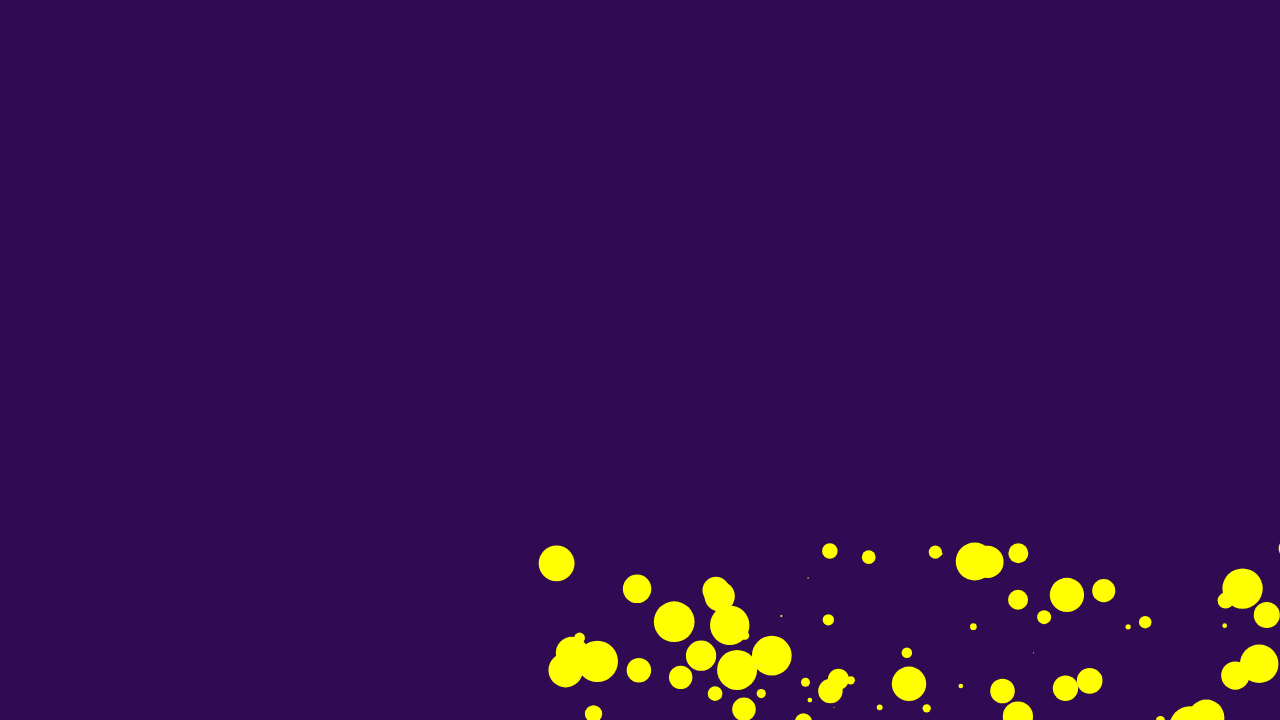
Repository: StacyLafume/particle-study-HTML5Canvas
Page: index.html
An editor plug-in stored every save of this project. The page is shown before and after the next save, followed by the edit.
The browser window is 1280 px wide. The pictures show the whole page.

Above is the page before, as saved 2021-05-31 13:44:18.

After the next save:
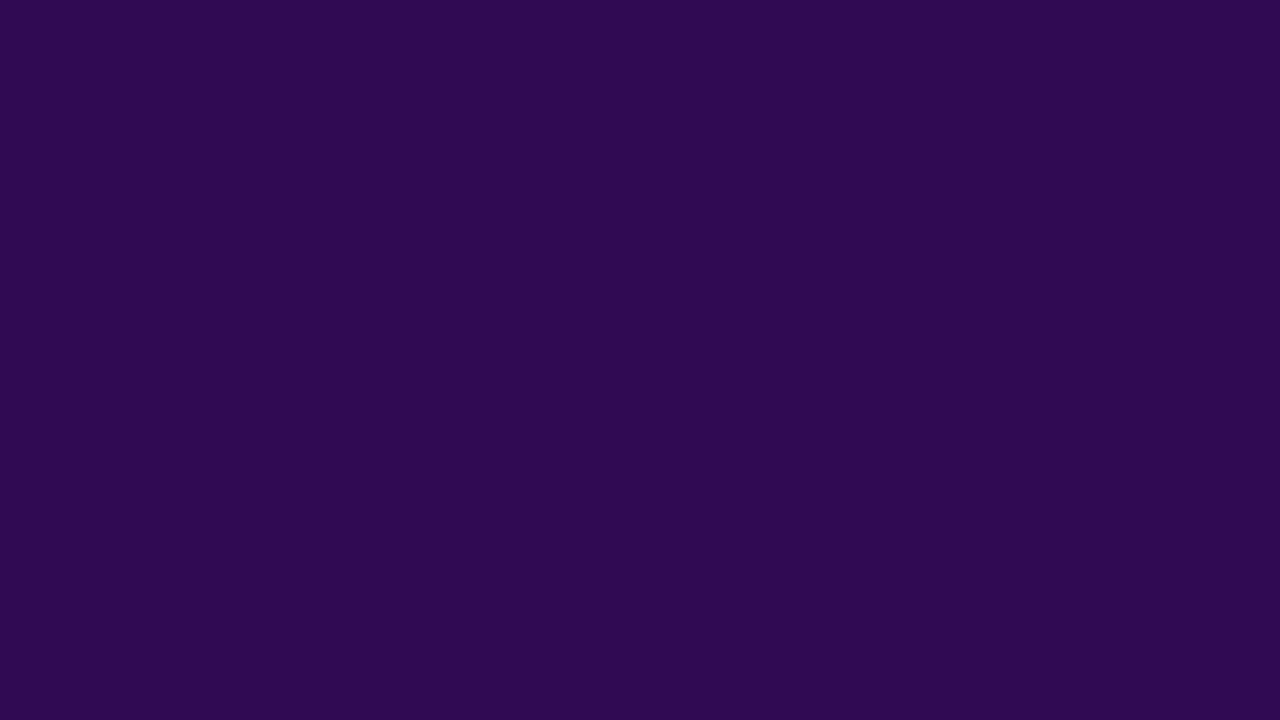
Saved 22 min 14 s later.
--- a/main.js
+++ b/main.js
@@ -26,27 +26,6 @@
     ctx1.fill()
 }
 
-class Particle {
-    constructor() {
-        this.x = mouse.x,
-            this.y = mouse.y,
-            this.size = Math.random() * 50 + 1,
-            this.speedX = Math.random() * 3 - 1.5,
-            this.speedY = Math.random() * 3 - 1.5
-    }
-    update() {
-        this.x += this.speedX
-        this.y += this.speedY
-        if (this.size > 0.2) this.size -= 0.1;
-    }
-    draw() {
-        ctx1.fillStyle = 'yellow';
-        ctx1.beginPath();
-        ctx1.arc(this.x, this.y, this.size, 0, Math.PI * 2)
-        ctx1.fill()
-    }
-}
-
 canvas1.addEventListener('click', (event) => {
     console.log('click', mouse)
     mouse.x = event.x
@@ -54,28 +33,51 @@
     drawCircle()
 })
 
-const init = () => {
-    for (let i = 0; i < 1000; i++) {
-        particleArray.push(new Particle())
-    }
-}
-init();
-console.log(particleArray)
+// class Particle {
+//     constructor() {
+//         this.x = mouse.x,
+//             this.y = mouse.y,
+//             this.size = Math.random() * 50 + 1,
+//             this.speedX = Math.random() * 3 - 1.5,
+//             this.speedY = Math.random() * 3 - 1.5
+//     }
+//     update() {
+//         this.x += this.speedX
+//         this.y += this.speedY
+//         if (this.size > 0.2) this.size -= 0.1;
+//     }
+//     draw() {
+//         ctx1.fillStyle = 'yellow';
+//         ctx1.beginPath();
+//         ctx1.arc(this.x, this.y, this.size, 0, Math.PI * 2)
+//         ctx1.fill()
+//     }
+// }
 
-const handleParticles = () => {
-    for (let i = 0; i < particleArray.length; i++) {
-        particleArray[i].update();
-        particleArray[i].draw();
-        if (particleArray[i].size <= 0.3) {
-            particleArray.splice(i, 1)
-            i--
-        }
-    }
-}
 
-const animate = () => {
-    ctx1.clearRect(0, 0, canvas1.width, canvas1.height)
-    handleParticles()
-    requestAnimationFrame(animate)
-}
-animate()
+
+// const init = () => {
+//     for (let i = 0; i < 1000; i++) {
+//         particleArray.push(new Particle())
+//     }
+// }
+// init();
+// console.log(particleArray)
+
+// const handleParticles = () => {
+//     for (let i = 0; i < particleArray.length; i++) {
+//         particleArray[i].update();
+//         particleArray[i].draw();
+//         if (particleArray[i].size <= 0.3) {
+//             particleArray.splice(i, 1)
+//             i--
+//         }
+//     }
+// }
+
+// const animate = () => {
+//     ctx1.clearRect(0, 0, canvas1.width, canvas1.height)
+//     handleParticles()
+//     requestAnimationFrame(animate)
+// }
+// animate()

After the save that followed:
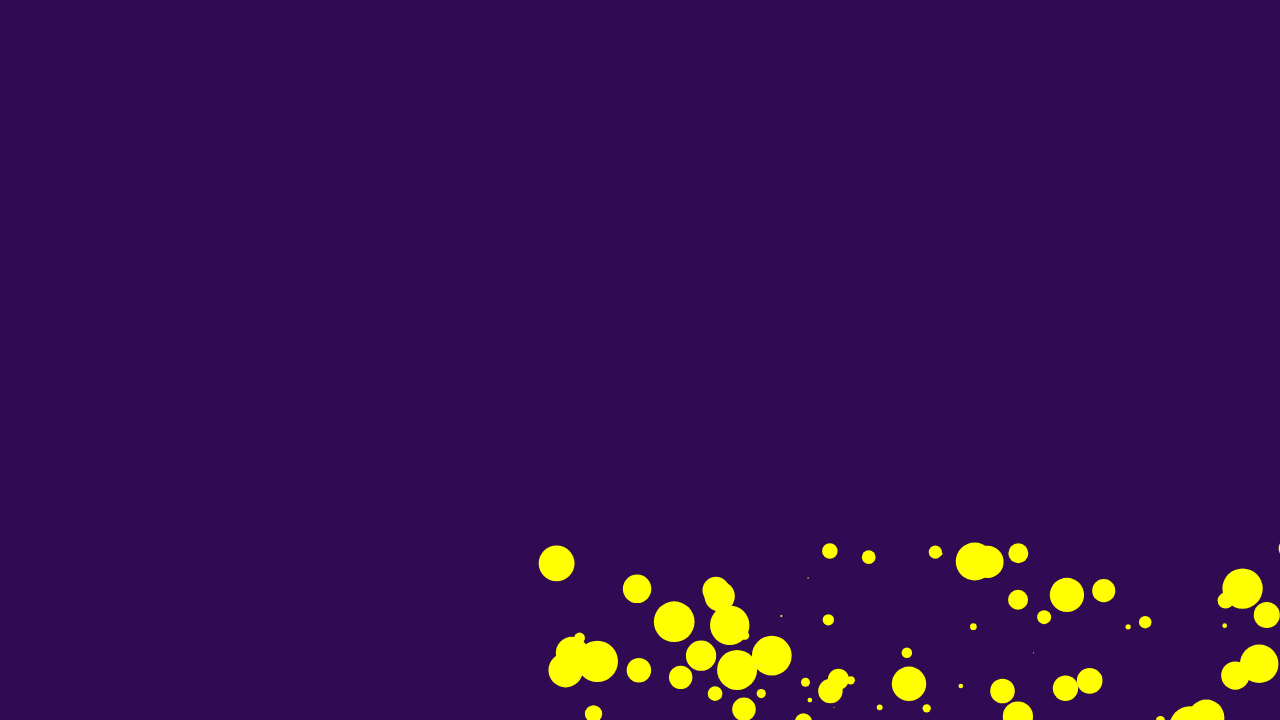
Saved 7 min 15 s later.
--- a/main.js
+++ b/main.js
@@ -33,51 +33,51 @@
     drawCircle()
 })
 
-// class Particle {
-//     constructor() {
-//         this.x = mouse.x,
-//             this.y = mouse.y,
-//             this.size = Math.random() * 50 + 1,
-//             this.speedX = Math.random() * 3 - 1.5,
-//             this.speedY = Math.random() * 3 - 1.5
-//     }
-//     update() {
-//         this.x += this.speedX
-//         this.y += this.speedY
-//         if (this.size > 0.2) this.size -= 0.1;
-//     }
-//     draw() {
-//         ctx1.fillStyle = 'yellow';
-//         ctx1.beginPath();
-//         ctx1.arc(this.x, this.y, this.size, 0, Math.PI * 2)
-//         ctx1.fill()
-//     }
-// }
+class Particle {
+    constructor() {
+        this.x = mouse.x,
+            this.y = mouse.y,
+            this.size = Math.random() * 50 + 1,
+            this.speedX = Math.random() * 3 - 1.5,
+            this.speedY = Math.random() * 3 - 1.5
+    }
+    update() {
+        this.x += this.speedX
+        this.y += this.speedY
+        if (this.size > 0.2) this.size -= 0.1;
+    }
+    draw() {
+        ctx1.fillStyle = 'yellow';
+        ctx1.beginPath();
+        ctx1.arc(this.x, this.y, this.size, 0, Math.PI * 2)
+        ctx1.fill()
+    }
+}
 
 
 
-// const init = () => {
-//     for (let i = 0; i < 1000; i++) {
-//         particleArray.push(new Particle())
-//     }
-// }
-// init();
-// console.log(particleArray)
+const init = () => {
+    for (let i = 0; i < 1000; i++) {
+        particleArray.push(new Particle())
+    }
+}
+init();
+console.log(particleArray)
 
-// const handleParticles = () => {
-//     for (let i = 0; i < particleArray.length; i++) {
-//         particleArray[i].update();
-//         particleArray[i].draw();
-//         if (particleArray[i].size <= 0.3) {
-//             particleArray.splice(i, 1)
-//             i--
-//         }
-//     }
-// }
+const handleParticles = () => {
+    for (let i = 0; i < particleArray.length; i++) {
+        particleArray[i].update();
+        particleArray[i].draw();
+        if (particleArray[i].size <= 0.3) {
+            particleArray.splice(i, 1)
+            i--
+        }
+    }
+}
 
-// const animate = () => {
-//     ctx1.clearRect(0, 0, canvas1.width, canvas1.height)
-//     handleParticles()
-//     requestAnimationFrame(animate)
-// }
-// animate()
+const animate = () => {
+    ctx1.clearRect(0, 0, canvas1.width, canvas1.height)
+    handleParticles()
+    requestAnimationFrame(animate)
+}
+animate()
